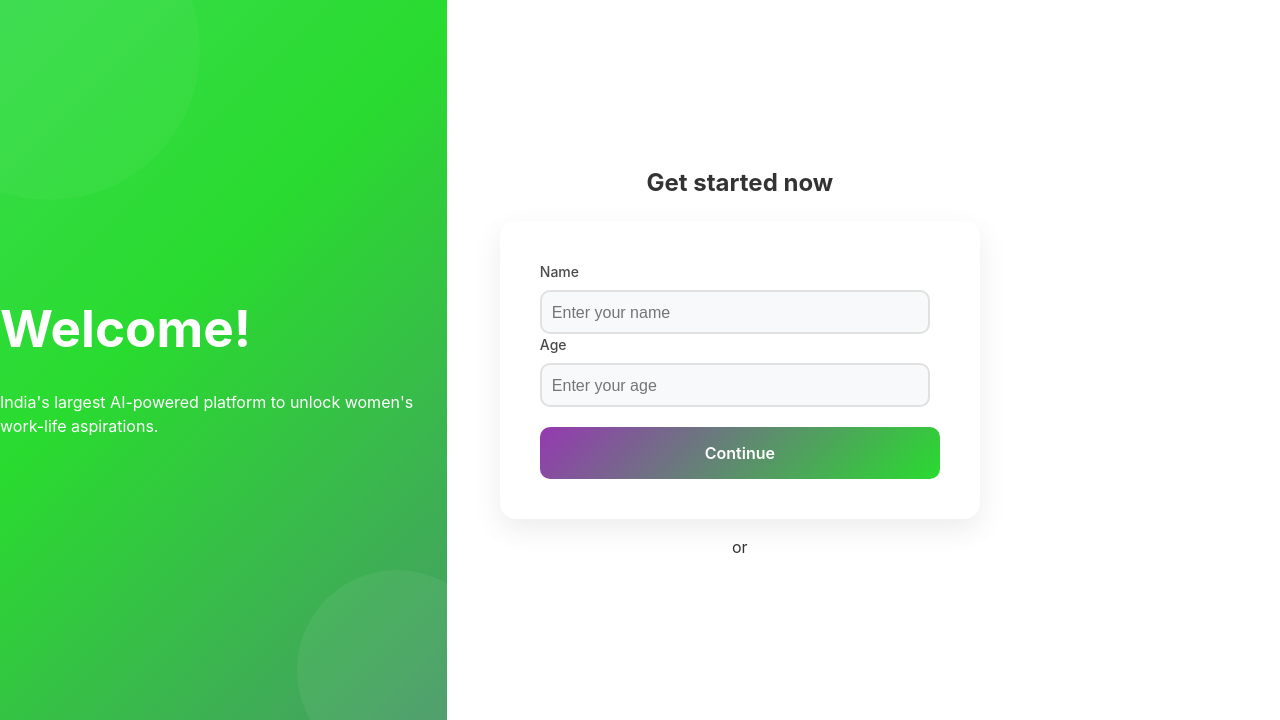
Repository: shriyanyk/Asha-AI
Page: /
These files come from the project's save history. The page is drawn as it stood at one moment and after the next save; the edit follows.
The browser window is 1280 px wide. The pictures show the whole page.
The project was rebuilt for these pictures with package versions that can differ from the ones it lists, and the page was loaded fresh each time. Also part of the build but not shown: vite.config.ts, src/styles/Chatpage.css, src/services/BiasDetectionService.ts, src/services/GuardrailsService.ts, src/services/BiasMitigationService.ts, src/services/InputValidationService.ts, src/pages/ChatPage.tsx, src/components/ProtectedRoute.tsx.

Above is the page before, as saved 2025-04-27 21:23:03.

### index.html
<!doctype html>
<html lang="en">
  <head>
    <meta charset="UTF-8" />
    <link rel="icon" type="image/svg+xml" href="/vite.svg" />
    <meta name="viewport" content="width=device-width, initial-scale=1.0" />
    <title>Asha AI </title>
  </head>
  <body>
    <div id="root"></div>
    <script type="module" src="/src/main.tsx"></script>
    <script src="https://accounts.google.com/gsi/client" async defer></script>
  </body>
</html>

### src/App.tsx
import { BrowserRouter as Router, Routes, Route, Navigate } from 'react-router-dom';
import LoginPage from './pages/LoginPage';
import ChatPage from './pages/ChatPage';
import ProtectedRoute from './components/ProtectedRoute';

function App() {
  return (
    <Router>
      <Routes>
        <Route path="/" element={<LoginPage />} />
        <Route
          path="/chat"
          element={
            <ProtectedRoute>
              <ChatPage />
            </ProtectedRoute>
          }
        />
        <Route path="*" element={<Navigate to="/" replace />} />
      </Routes>
    </Router>
  );
}

export default App;

### src/pages/LoginPage.tsx
import React, { useEffect, useState } from 'react';
import { useNavigate } from 'react-router-dom';
import { jwtDecode } from 'jwt-decode';
import '../styles/LoginPage.css';

declare global {
  interface Window {
    google: any;
  }
}

interface GoogleUser {
  name: string;
  email: string;
  picture: string;
}

const LoginPage = () => {
  const navigate = useNavigate();
  const [name, setName] = useState('');
  const [age, setAge] = useState('');
  const [isGoogleUser, setIsGoogleUser] = useState(false);
  const [error, setError] = useState('');

  useEffect(() => {
    // Check if already logged in
    const storedUser = localStorage.getItem('user');
    if (storedUser) {
      try {
        const user = JSON.parse(storedUser);
        if (user.name) {
          setName(user.name);
          setIsGoogleUser(true);
        }
      } catch (e) {
        console.error("Error parsing stored user data:", e);
        localStorage.removeItem('user');
      }
    }

    // Initialize Google Sign-In
    if (window.google) {
      window.google.accounts.id.initialize({
        client_id: '188182195681-u80k9flodatcq6bcdkidnbv5q92as1p3.apps.googleusercontent.com',
        callback: handleGoogleResponse,
      });

      window.google.accounts.id.renderButton(
        document.getElementById('googleSignInDiv'),
        { theme: 'outline', size: 'large' }
      );
    }
  }, []);

  const handleGoogleResponse = (response: any) => {
    try {
      const userObject = jwtDecode<GoogleUser>(response.credential);
      console.log("Google login successful:", userObject);

      localStorage.setItem('user', JSON.stringify(userObject));
      setName(userObject.name);
      setIsGoogleUser(true);
    } catch (e) {
      console.error("Error processing Google response:", e);
      setError("Failed to process Google login. Please try again.");
    }
  };

  const handleSubmit = (e: React.FormEvent) => {
    e.preventDefault();
    setError('');

    if (!name.trim()) {
      setError("Please enter your name");
      return;
    }

    if (!age.trim()) {
      setError("Please enter your age");
      return;
    }

    const ageNum = parseInt(age);
    if (isNaN(ageNum) || ageNum < 18 || ageNum > 100) {
      setError("Please enter a valid age between 18 and 100");
      return;
    }

    // Store user info
    const userData = isGoogleUser
      ? JSON.parse(localStorage.getItem('user') || '{}')
      : { name, email: '', picture: '' };

    userData.age = ageNum;
    localStorage.setItem('user', JSON.stringify(userData));

    console.log("Navigating to chat with state:", { name, age: ageNum });

    // Use replace instead of push to avoid back button issues
    navigate('/chat', {
      state: { name, age: ageNum },
      replace: true
    });
  };

  return (
    <div className="login-container">
      <div className="login-left">
        <div className="overlay-text">
          <h1>Welcome!</h1>
          <p>India's largest AI-powered platform to unlock women's work-life aspirations.</p>
        </div>
      </div>

      <div className="login-right">
        <h2>Get started now</h2>

        {error && <div className="error-message">{error}</div>}

        <form className="login-form" onSubmit={handleSubmit}>
          <label htmlFor="name">Name</label>
          <input
            type="text"
            id="name"
            placeholder="Enter your name"
            value={name}
            onChange={(e) => setName(e.target.value)}
            disabled={isGoogleUser}
            required
          />

          <label htmlFor="age">Age</label>
          <input
            type="number"
            id="age"
            placeholder="Enter your age"
            value={age}
            onChange={(e) => setAge(e.target.value)}
            min="18"
            max="100"
            required
          />

          <button type="submit">Continue</button>
        </form>

        {!isGoogleUser && (
          <div className="google-login">
            <p>or</p>
            <div id="googleSignInDiv"></div>
          </div>
        )}
      </div>
    </div>
  );
};

export default LoginPage;

### src/styles/LoginPage.css
/* Enhanced Login Page CSS with modern design principles */
.login-container {
  display: flex;
  height: 100vh;
  font-family: 'Inter', sans-serif;
  color: #333;
  overflow: hidden;
}

/* Left side with animated gradient background */
.login-left {
  flex: 1.5;
  background: linear-gradient(-45deg, #9539b1, #6e48aa, #29db2f, #5cdd8b);
  background-size: 400% 400%;
  animation: gradient-animation 15s ease infinite;
  color: white;
  display: flex;
  align-items: center;
  justify-content: center;
  position: relative;
}

@keyframes gradient-animation {
  0%, 100% { background-position: 0% 50%; }
  50% { background-position: 100% 50%; }
}

/* Floating circles decoration for left panel */
.login-left::before,
.login-left::after {
  content: "";
  position: absolute;
  border-radius: 50%;
  opacity: 0.4;
  pointer-events: none;
}

.login-left::before {
  width: 300px;
  height: 300px;
  background: rgba(255, 255, 255, 0.1);
  top: -100px;
  left: -100px;
  animation: float 15s ease-in-out infinite;
}

.login-left::after {
  width: 200px;
  height: 200px;
  background: rgba(255, 255, 255, 0.15);
  bottom: -50px;
  right: -50px;
  animation: float 12s ease-in-out infinite reverse;
}

@keyframes float {
  0%, 100% { transform: translate(0, 0); }
  50% { transform: translate(20px, 20px); }
}

/* Right side styling */
.login-right {
  flex: 1.5;
  display: flex;
  flex-direction: column;
  align-items: center;
  justify-content: center;
  padding: 40px;
  position: relative;
  margin-left: 30px;
}

/* Branding area */
.brand-logo {
  margin-bottom: 30px;
  text-align: center;
}

.brand-logo img {
  height: 50px;
  margin-bottom: 15px;
}

.brand-name {
  font-size: 22px;
  font-weight: 700;
  color: #1a1a1a;
}

/* Login form */
.login-form {
  width: 100%;
  max-width: 400px;
  background: #fff;
  padding: 40px;
  border-radius: 16px;
  box-shadow: 0 10px 30px rgba(0, 0, 0, 0.08);
  transition: box-shadow 0.3s ease;
}

.login-form:hover {
  box-shadow: 0 15px 35px rgba(0, 0, 0, 0.12);
}

.login-form h2 {
  font-size: 28px;
  color: #1a1a1a;
  margin-bottom: 10px;
  text-align: center;
  font-weight: 700;
}

.login-subtitle {
  text-align: center;
  color: #666;
  margin-bottom: 30px;
  font-size: 15px;
}

.form-group {
  margin-bottom: 24px;
  position: relative;
}

.login-form label {
  display: block;
  margin-bottom: 8px;
  color: #4a4a4a;
  font-size: 14px;
  font-weight: 500;
}

.input-icon-wrapper {
  position: relative;
}

.input-icon {
  position: absolute;
  left: 16px;
  top: 50%;
  transform: translateY(-50%);
  color: #999;
}

.login-form input {
  width: 90%;
  padding: 12px 16px 10px 10px;
  border: 2px solid #e1e1e1;
  border-radius: 10px;
  font-size: 16px;
  transition: all 0.3s ease;
  background-color: #f8f9fa;
}

.login-form input:focus {
  border-color: #9539b1;
  background-color: #fff;
  outline: none;
  box-shadow: 0 0 0 4px rgba(149, 57, 177, 0.1);
}

.password-toggle {
  position: absolute;
  right: 16px;
  top: 50%;
  transform: translateY(-50%);
  color: #999;
  cursor: pointer;
  transition: color 0.2s ease;
}

.password-toggle:hover {
  color: #9539b1;
}

.remember-forgot {
  display: flex;
  justify-content: space-between;
  align-items: center;
  font-size: 14px;
  margin-bottom: 24px;
}

.remember-me {
  display: flex;
  align-items: center;
}

.remember-me input {
  width: auto;
  margin-right: 8px;
}

.forgot-password {
  color: #9539b1;
  text-decoration: none;
  font-weight: 500;
  transition: color 0.2s ease;
}

.forgot-password:hover {
  color: #29db2f;
  text-decoration: underline;
}

.login-form button {
  width: 100%;
  padding: 16px;
  background: linear-gradient(135deg, #9539b1, #29db2f);
  color: #fff;
  margin-top: 20px;
  border: none;
  border-radius: 10px;
  font-size: 16px;
  font-weight: 600;
  cursor: pointer;
  position: relative;
  overflow: hidden;
  transition: all 0.3s ease;
}

.login-form button::before {
  content: "";
  position: absolute;
  top: 0;
  left: -100%;
  width: 100%;
  height: 100%;
  background: linear-gradient(to right, transparent, rgba(255, 255, 255, 0.2), transparent);
  transition: left 0.7s ease;
}

.login-form button:hover {
  transform: translateY(-2px);
  box-shadow: 0 7px 15px rgba(149, 57, 177, 0.3);
}

.login-form button:hover::before {
  left: 100%;
}

.login-form button:active {
  transform: translateY(0);
  box-shadow: 0 5px 10px rgba(149, 57, 177, 0.2);
}

.auth-toggle {
  text-align: center;
  margin-top: 24px;
}

.auth-toggle p {
  color: #666;
  font-size: 15px;
  display: inline;
}

.auth-toggle button {
  background: none;
  border: none;
  color: #9539b1;
  font-weight: 600;
  margin-left: 8px;
  cursor: pointer;
  font-size: 15px;
  transition: color 0.2s ease;
}

.auth-toggle button:hover {
  color: #29db2f;
  text-decoration: underline;
}

.divider {
  display: flex;
  align-items: center;
  margin: 28px 0;
  color: #999;
  font-size: 14px;
}

.divider::before,
.divider::after {
  content: "";
  flex: 1;
  height: 1px;
  background-color: #e1e1e1;
}

.divider::before {
  margin-right: 15px;
}

.divider::after {
  margin-left: 15px;
}

.social-buttons {
  display: flex;
  gap: 16px;
  justify-content: center;
}

.social-button {
  flex: 1;
  padding: 12px 20px;
  border: 1px solid #e1e1e1;
  border-radius: 10px;
  background: #fff;
  cursor: pointer;
  transition: all 0.2s ease;
  display: flex;
  align-items: center;
  justify-content: center;
  gap: 10px;
}

.social-button:hover {
  background-color: #eeeff2;
  transform: translateY(-2px);
  box-shadow: 0 4px 10px rgba(0, 0, 0, 0.05);
}

.social-button img {
  width: 20px;
  height: 20px;
}

.error-message {
  color: #dc3545;
  background-color: #fff5f5;
  padding: 14px;
  border-radius: 10px;
  margin-bottom: 24px;
  font-size: 14px;
  border-left: 4px solid #dc3545;
  display: flex;
  align-items: center;
}

.error-icon {
  margin-right: 10px;
  color: #dc3545;
}

/* Mobile responsiveness */
@media (max-width: 768px) {
  .login-container {
    flex-direction: column;
  }

  .login-left {
    display: none;
  }

  .login-right {
    padding: 30px 20px;
  }

  .login-form {
    padding: 30px 20px;
  }
}

/* Dark mode support */
@media (prefers-color-scheme: dark) {
  .login-right {
    background-color: #1a1a1a;
  }

  .login-form {
    background-color: #262626;
    box-shadow: 0 10px 30px rgba(0, 0, 0, 0.2);
  }

  .brand-name,
  .login-form h2 {
    color: #f1f1f1;
  }

  .login-subtitle,
  .login-form label,
  .remember-forgot,
  .auth-toggle p {
    color: #b8b8b8;
  }

  .login-form input {
    background-color: #333;
    border-color: #444;
    color: #f1f1f1;
  }

  .login-form input:focus {
    background-color: #3a3a3a;
  }

  .error-message {
    background-color: rgba(220, 53, 69, 0.1);
  }

  .social-button {
    background-color: #333;
    border-color: #444;
    color: #f1f1f1;
  }

  .social-button:hover {
    background-color: #3a3a3a;
  }
}

Loaded but not shown: src/main.tsx (common file); src/index.css (common file)

After the next save:
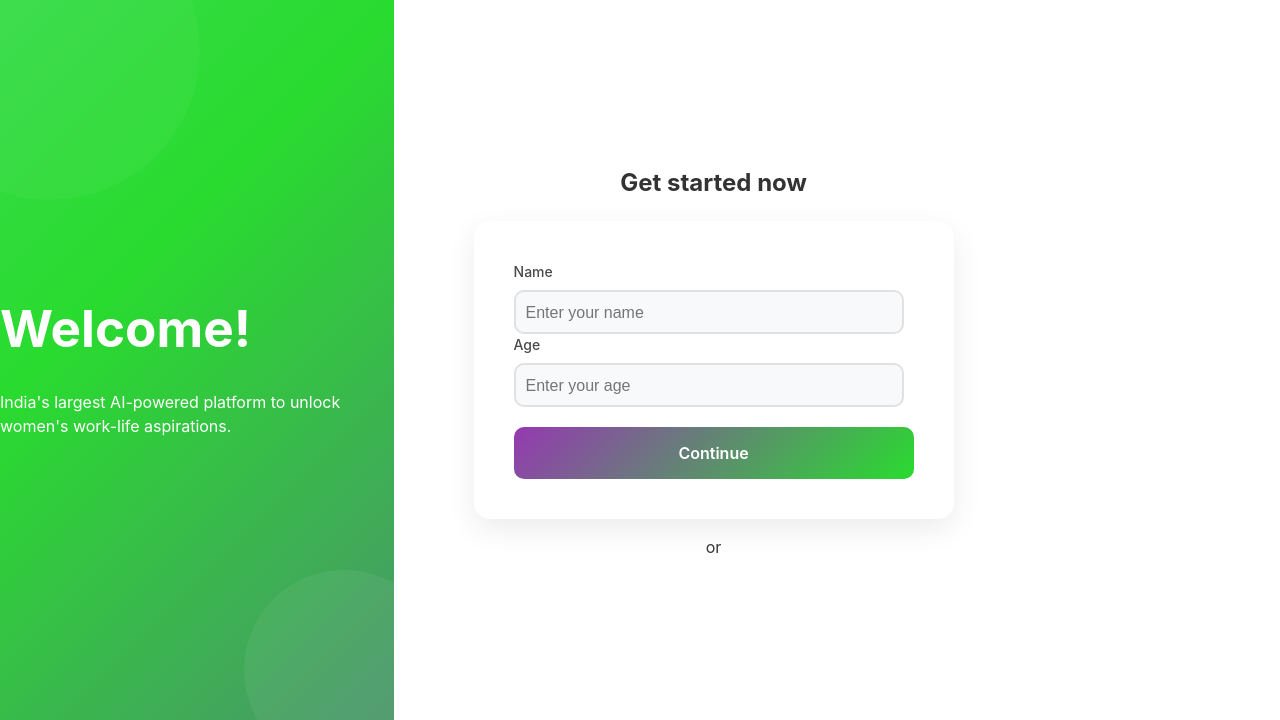
Saved 50 min 24 s later.
--- a/src/styles/LoginPage.css
+++ b/src/styles/LoginPage.css
@@ -60,7 +60,7 @@
 
 /* Right side styling */
 .login-right {
-  flex: 1.5;
+  flex: 1.9;
   display: flex;
   flex-direction: column;
   align-items: center;
